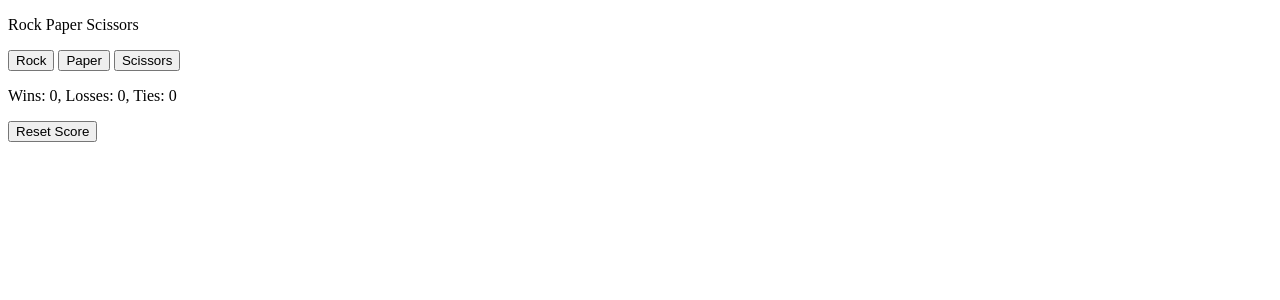
Repository: Samkiroko/Javascript-course
Page: 10-rock-paper-scissior.html
These files come from the project's save history. The page is drawn as it stood at one moment and after the next save; the edit follows.
The browser window is 1280 px wide. The pictures show the whole page.

Above is the page before, as saved 2023-08-28 11:10:04.

### 10-rock-paper-scissior.html
<!DOCTYPE html>
<html>
  <head>
    <title>Rock Paper Scissors</title>
  </head>
  <body>
    <p>Rock Paper Scissors</p>
    <button
      onclick="
      playGame('rock');
    "
    >
      Rock
    </button>

    <button
      onclick="
      playGame('paper');
    "
    >
      Paper
    </button>

    <button
      onclick="
      playGame('scissors');
    "
    >
      Scissors
    </button>
    <p class="js-result"></p>
    <p class="js-moves"></p>
    <p class="js-score"></p>

    <button
      onclick="
      score.wins = 0;
      score.losses = 0;
      score.ties = 0;
      localStorage.removeItem('score');
      updateScoreElement();
    "
    >
      Reset Score
    </button>

    <script>
      let score = JSON.parse(localStorage.getItem('score')) || {
        wins: 0,
        losses: 0,
        ties: 0,
      };

      updateScoreElement();

      /*
      if (!score) {
        score = {
          wins: 0,
          losses: 0,
          ties: 0
        };
      }
      */

      function playGame(playerMove) {
        const computerMove = pickComputerMove();

        let result = '';

        if (playerMove === 'scissors') {
          if (computerMove === 'rock') {
            result = 'You lose.';
          } else if (computerMove === 'paper') {
            result = 'You win.';
          } else if (computerMove === 'scissors') {
            result = 'Tie.';
          }
        } else if (playerMove === 'paper') {
          if (computerMove === 'rock') {
            result = 'You win.';
          } else if (computerMove === 'paper') {
            result = 'Tie.';
          } else if (computerMove === 'scissors') {
            result = 'You lose.';
          }
        } else if (playerMove === 'rock') {
          if (computerMove === 'rock') {
            result = 'Tie.';
          } else if (computerMove === 'paper') {
            result = 'You lose.';
          } else if (computerMove === 'scissors') {
            result = 'You win.';
          }
        }

        if (result === 'You win.') {
          score.wins += 1;
        } else if (result === 'You lose.') {
          score.losses += 1;
        } else if (result === 'Tie.') {
          score.ties += 1;
        }

        localStorage.setItem('score', JSON.stringify(score));

        updateScoreElement();

        document.querySelector('.js-result').innerHTML = result;
        document.querySelector(
          '.js-moves'
        ).innerHTML = `You picked ${playerMove} - Computer picked ${computerMove}.`;
      }

      function updateScoreElement() {
        document.querySelector(
          '.js-score'
        ).innerHTML = `Wins: ${score.wins}, Losses: ${score.losses}, Ties: ${score.ties}`;
      }

      function pickComputerMove() {
        const randomNumber = Math.random();

        let computerMove = '';

        if (randomNumber >= 0 && randomNumber < 1 / 3) {
          computerMove = 'rock';
        } else if (randomNumber >= 1 / 3 && randomNumber < 2 / 3) {
          computerMove = 'paper';
        } else if (randomNumber >= 2 / 3 && randomNumber < 1) {
          computerMove = 'scissors';
        }

        return computerMove;
      }
    </script>
  </body>
</html>

After the next save:
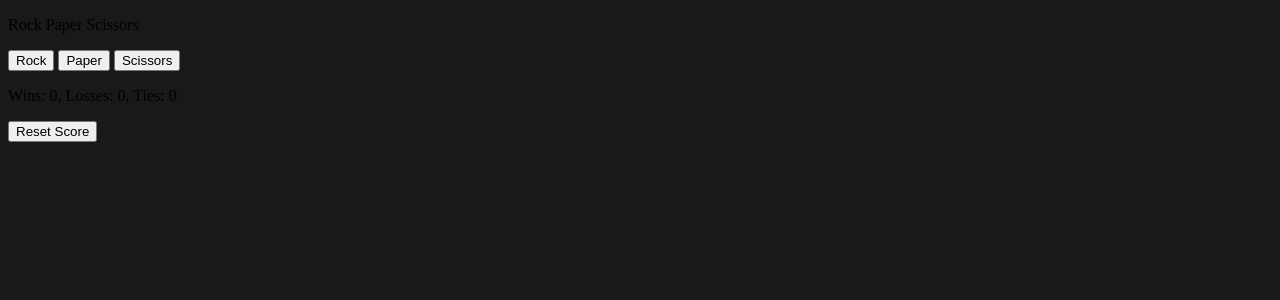
Saved 2 min 5 s later.
--- a/10-rock-paper-scissior.html
+++ b/10-rock-paper-scissior.html
@@ -2,6 +2,11 @@
 <html>
   <head>
     <title>Rock Paper Scissors</title>
+    <style>
+      body {
+        background-color: #191919;
+      }
+    </style>
   </head>
   <body>
     <p>Rock Paper Scissors</p>
